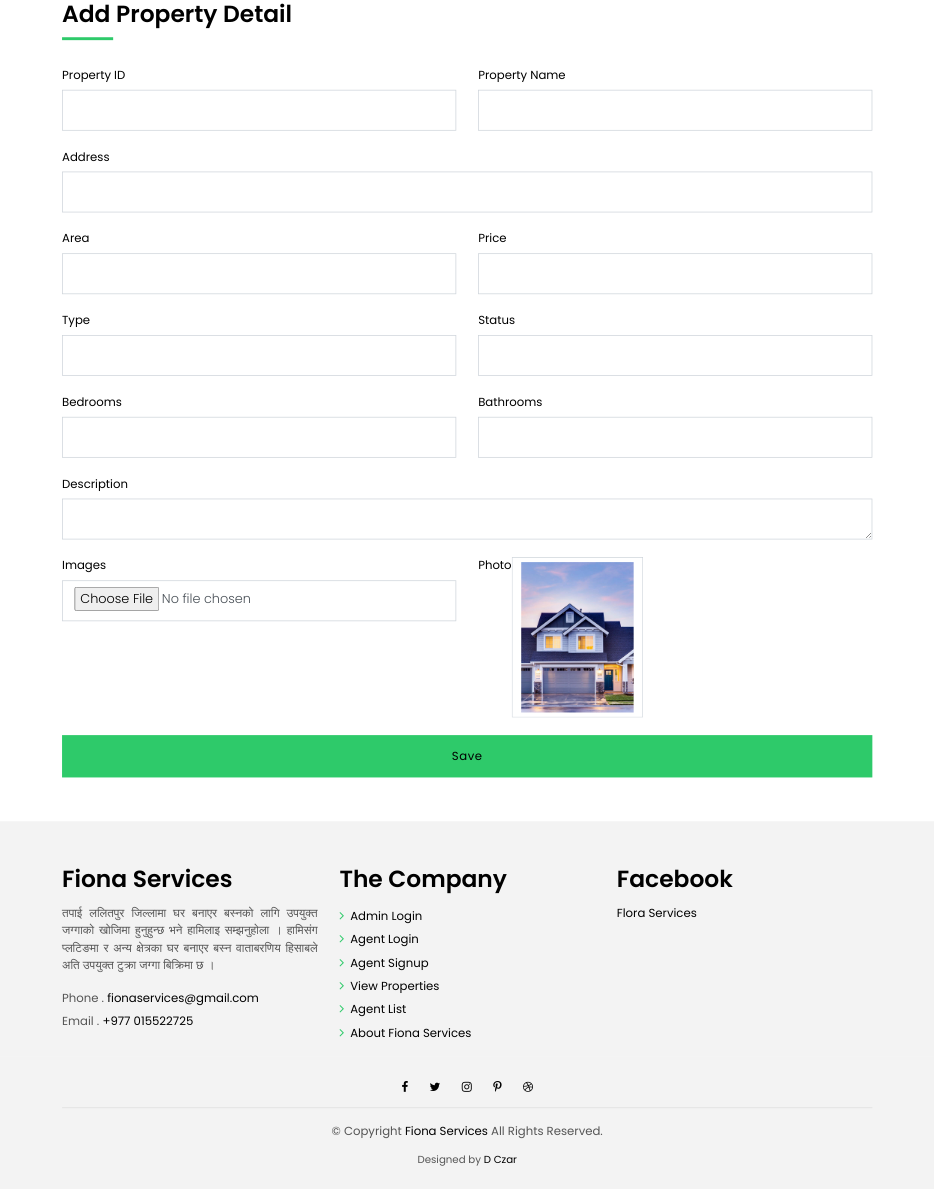
Repository: Sjuicyy/realstate
Page: Add-Property.html
An editor plug-in stored every save of this project. The page is shown before and after a run of saves, followed by the edit.
The browser window is 1280 px wide. The pictures show the whole page, at 73% of full size.

Above is the page before, as saved 2022-10-13 16:01:00.

### Add-Property.html
<!DOCTYPE html>
<html lang="en">

<head>
  <meta charset="utf-8">
  <title>Fiona Services</title>
  <meta content="width=device-width, initial-scale=1.0" name="viewport">
  <meta content="" name="keywords">
  <meta content="" name="description">

  <!-- Favicons -->
  <link href="img/favicon.png" rel="icon">
  <link href="img/apple-touch-icon.png" rel="apple-touch-icon">

  <!-- Google Fonts -->
  <link href="https://fonts.googleapis.com/css?family=Poppins:300,400,500,600,700" rel="stylesheet">

  <!-- Bootstrap CSS File -->
  <link href="lib/bootstrap/css/bootstrap.min.css" rel="stylesheet">

  <!-- Libraries CSS Files -->
  <link href="lib/font-awesome/css/font-awesome.min.css" rel="stylesheet">
  <link href="lib/animate/animate.min.css" rel="stylesheet">
  <link href="lib/ionicons/css/ionicons.min.css" rel="stylesheet">
  <link href="lib/owlcarousel/assets/owl.carousel.min.css" rel="stylesheet">

  <!-- Main Stylesheet File -->
  <link href="css/style.css" rel="stylesheet">

  <!-- =======================================================
    Theme Name: EstateAgency
    Theme URL: https://bootstrapmade.com/real-estate-agency-bootstrap-template/
    Author: BootstrapMade.com
    License: https://bootstrapmade.com/license/
  ======================================================= -->
</head>
<div id="fb-root"></div>
<script async defer crossorigin="anonymous" src="https://connect.facebook.net/en_US/sdk.js#xfbml=1&version=v14.0"
  nonce="0jwGYLXn"></script>

<body>
  <!-- / Form Search End /-->

  <!--/ Nav Star /-->
  <!-- <nav class="navbar navbar-default navbar-trans navbar-expand-lg fixed-top">
    <div class="container">
      <button class="navbar-toggler collapsed" type="button" data-toggle="collapse" data-target="#navbarDefault"
        aria-controls="navbarDefault" aria-expanded="false" aria-label="Toggle navigation">
      </button>
      <a class="navbar-brand text-brand" href="index.php">Fiona<span class="color-b"> Services</span></a>
      <button type="button" class="btn btn-link nav-search navbar-toggle-box-collapse d-md-none" data-toggle="collapse"
        data-target="#navbarTogglerDemo01" aria-expanded="false" title="Agent Space">

      </button>
      <div class="navbar-collapse collapse justify-content-center" id="navbarDefault">
        <ul class="navbar-nav">
          <li class="nav-item">
            <a class="nav-link active" href="index.php">Home</a>
          </li>
          <li class="nav-item">
            <a class="nav-link" href="about.php">About Us</a>
          </li>
          <li class="nav-item dropdown">
            <a class="nav-link dropdown-toggle" href="#" id="navbarDropdown" role="button" data-toggle="dropdown"
              aria-haspopup="true" aria-expanded="false">
              Property
            </a>
            <div class="dropdown-menu" aria-labelledby="navbarDropdown">
              <a class="dropdown-item" href="property-single.php">Property Single</a>
              <a class="dropdown-item" href="property-grid.php">Property List</a>
            </div>
          </li>
          <li class="nav-item">
            <a class="nav-link" href="Login.php">Login</a>
          </li>
          <li class="nav-item">
            <a class="nav-link" href="contact.php">Contact</a>
          </li>
        </ul>
      </div>
      <button type="button" class="btn btn-b-n navbar-toggle-box-collapse d-none d-md-block" data-toggle="collapse"
        data-target="#navbarTogglerDemo01" aria-expanded="false" title="Agent Space">
      </button>
    </div>
  </nav> -->
  <!--/ Nav End /-->











  <div class="container">
    <div class="title-box-d">
      <h3 class="title-d margin-auto">Add Property Detail</h3>
    </div>
    <div class=" form">
      <div id="modal2">
        <form class="form-a" action="agentsave.php" method="POST" enctype="multipart/form-data">
          <div class="row">





            <div class="col-md-6 mb-2">
              <div class="form-group">
                <label for="city">Property ID</label>
                <input type="number" class="form-control form-control-lg form-control-a" name="Phone">
              </div>
            </div>
            <div class="col-md-6 mb-2">
              <div class="form-group">
                <label for="bedrooms">Property Name</label>
                <input type="text" class="form-control form-control-lg form-control-a" name="Email">
              </div>
            </div>







            <div class="col-md-12 mb-2">
              <div class="form-group">
                <label for="Type">Address</label>
                <input type="text" class="form-control form-control-lg form-control-a" name="Name">
              </div>
            </div>
            <div class="col-md-6 mb-2">
              <div class="form-group">
                <label for="city">Area</label>
                <input type="number" class="form-control form-control-lg form-control-a" name="Phone">
              </div>
            </div>
            <div class="col-md-6 mb-2">
              <div class="form-group">
                <label for="city">Price</label>
                <input type="number" class="form-control form-control-lg form-control-a" name="Phone">
              </div>
            </div>

            <div class="col-md-6 mb-2">
              <div class="form-group">
                <label for="city">Type</label>
                <input type="text" class="form-control form-control-lg form-control-a" name="Phone">
              </div>
            </div>
            <div class="col-md-6 mb-2">
              <div class="form-group">
                <label for="bedrooms">Status</label>
                <input type="text" class="form-control form-control-lg form-control-a" name="Email">
              </div>
            </div>
            <div class="col-md-6 mb-2">
              <div class="form-group">
                <label for="bedrooms">Bedrooms</label>
                <input type="number" class="form-control form-control-lg form-control-a" name="Email">
              </div>
            </div>
            <div class="col-md-6 mb-2">
              <div class="form-group">
                <label for="city">Bathrooms</label>
                <input type="number" class="form-control form-control-lg form-control-a" name="Phone">
              </div>
            </div>









            <div class="col-md-12 mb-2">
              <div class="form-group">
                <label for="bathrooms">Description</label>
                <textarea class="form-control form-control-lg form-control-a" id="bathrooms" name="Detail">
              </textarea>
              </div>
            </div>





            <div class="col-md-6 mb-2">
              <div class="form-group">
                <label for="price">Images</label>
                <input type="file" class="form-control form-control-lg form-control-a" onchange="readURL(this);"
                  name="Photo">
              </div>
            </div>
            <div class="col-md-6 mb-2">
              <div class="form-group text-center">
                <label for="price" style="float: left">Photo</label>
                <img src="img/property-2.jpg" id="blah" class="form-control"
                  style="max-width:180px;width: 100%;height: auto;" />
              </div>
            </div>
            <div class="col-md-12">
              <button type="submit" name="submit" class="btn btn-b" style="width: 100%;">Save</button>
            </div>
          </div>
        </form>
      </div>

    </div>

  </div>
















  <!--/ footer Star /-->
  <section class="section-footer">
    <div class="container">
      <div class="row">
        <div class="col-sm-12 col-md-4">
          <div class="widget-a">
            <div class="w-header-a">
              <h3 class="w-title-a text-brand">Fiona Services</h3>
            </div>
            <div class="w-body-a">
              <p class="w-text-a color-text-a" align="justify">
                तपाई ललितपुर जिल्लामा घर बनाएर बस्नको लागि उपयुक्त जग्गाको खोजिमा हुनुहुन्छ भने हामिलाइ सम्झनुहोला ।
                हामिसंग प्लटिङमा र अन्य क्षेत्रका घर बनाएर बस्न वाताबरणिय हिसाबले अति उपयुक्त टुक्रा जग्गा बिक्रिमा छ
                ।
              </p>
            </div>
            <div class="w-footer-a">
              <ul class="list-unstyled">
                <li class="color-a">
                  <span class="color-text-a">Phone .</span> fionaservices@gmail.com
                </li>
                <li class="color-a">
                  <span class="color-text-a">Email .</span> +977 015522725
                </li>
              </ul>
            </div>
          </div>
        </div>
        <div class="col-sm-12 col-md-4 section-md-t3">
          <div class="widget-a">
            <div class="w-header-a">
              <h3 class="w-title-a text-brand">The Company</h3>
            </div>
            <div class="w-body-a">
              <div class="w-body-a">
                <ul class="list-unstyled">
                  <li class="item-list-a">
                    <i class="fa fa-angle-right"></i> <a href="#">Admin Login</a>
                  </li>
                  <li class="item-list-a">
                    <i class="fa fa-angle-right"></i> <a href="#">Agent Login</a>
                  </li>
                  <li class="item-list-a">
                    <i class="fa fa-angle-right"></i> <a href="#">Agent Signup</a>
                  </li>
                  <li class="item-list-a">
                    <i class="fa fa-angle-right"></i> <a href="#">View Properties</a>
                  </li>
                  <li class="item-list-a">
                    <i class="fa fa-angle-right"></i> <a href="#">Agent List</a>
                  </li>
                  <li class="item-list-a">
                    <i class="fa fa-angle-right"></i> <a href="#">About Fiona Services</a>
                  </li>
                </ul>
              </div>
            </div>
          </div>
        </div>
        <div class="col-sm-12 col-md-4 section-md-t3">
          <div class="widget-a">
            <div class="w-header-a">
              <h3 class="w-title-a text-brand">Facebook</h3>
            </div>
            <div class="w-body-a">
              <div class="fb-page" data-href="https://www.facebook.com/floraservices2070" data-tabs="timeline"
                data-width="" data-height="110" data-small-header="false" data-adapt-container-width="true"
                data-hide-cover="false" data-show-facepile="false">
                <blockquote cite="https://www.facebook.com/floraservices2070" class="fb-xfbml-parse-ignore"><a
                    href="https://www.facebook.com/floraservices2070">Flora Services</a></blockquote>
              </div>
            </div>
          </div>
        </div>
      </div>
    </div>
  </section>
  <footer>
    <div class="container">
      <div class="row">
        <div class="col-md-12">

          <div class="socials-a">
            <ul class="list-inline">
              <li class="list-inline-item">
                <a href="#">
                  <i class="fa fa-facebook" aria-hidden="true"></i>
                </a>
              </li>
              <li class="list-inline-item">
                <a href="#">
                  <i class="fa fa-twitter" aria-hidden="true"></i>
                </a>
              </li>
              <li class="list-inline-item">
                <a href="#">
                  <i class="fa fa-instagram" aria-hidden="true"></i>
                </a>
              </li>
              <li class="list-inline-item">
                <a href="#">
                  <i class="fa fa-pinterest-p" aria-hidden="true"></i>
                </a>
              </li>
              <li class="list-inline-item">
                <a href="#">
                  <i class="fa fa-dribbble" aria-hidden="true"></i>
                </a>
              </li>
            </ul>
          </div>
          <div class="copyright-footer">
            <p class="copyright color-text-a">
              &copy; Copyright
              <span class="color-a">Fiona Services</span> All Rights Reserved.
            </p>
          </div>
          <div class="credits">

            Designed by <a href="https://pritambajagain.com.np/">D Czar</a>
          </div>
        </div>
      </div>
    </div>
  </footer>
  <!--/ Footer End /-->

  <a href="#" class="back-to-top"><i class="fa fa-chevron-up"></i></a>
  <div id="preloader"></div>

  <!-- JavaScript Libraries -->
  <script>
    function readURL(input) {
      if (input.files && input.files[0]) {
        var reader = new FileReader();

        reader.onload = function (e) {
          $('#blah')
            .attr('src', e.target.result);
        };

        reader.readAsDataURL(input.files[0]);
      }
    }
  </script>
  <script src="lib/jquery/jquery.min.js"></script>
  <script src="lib/jquery/jquery-migrate.min.js"></script>
  <script src="lib/popper/popper.min.js"></script>
  <script src="lib/bootstrap/js/bootstrap.min.js"></script>
  <script src="lib/easing/easing.min.js"></script>
  <script src="lib/owlcarousel/owl.carousel.min.js"></script>
  <script src="lib/scrollreveal/scrollreveal.min.js"></script>
  <!-- Contact Form JavaScript File -->
  <script src="contactform/contactform.js"></script>

  <!-- Template Main Javascript File -->
  <script src="js/main.js"></script>

</body>

</html>

Loaded but not shown: lib/bootstrap/css/bootstrap.min.css (library); lib/font-awesome/css/font-awesome.min.css (library); lib/animate/animate.min.css (library); lib/ionicons/css/ionicons.min.css (library); lib/owlcarousel/assets/owl.carousel.min.css (library); lib/jquery/jquery.min.js (library); lib/jquery/jquery-migrate.min.js (library); lib/popper/popper.min.js (library); lib/bootstrap/js/bootstrap.min.js (library); lib/easing/easing.min.js (common file); lib/owlcarousel/owl.carousel.min.js (library); lib/scrollreveal/scrollreveal.min.js (library); js/main.js (150 lines, source omitted); contactform/contactform.js (118 lines, source omitted); css/style.css (2025 lines, source omitted)

After the next 4 saves:
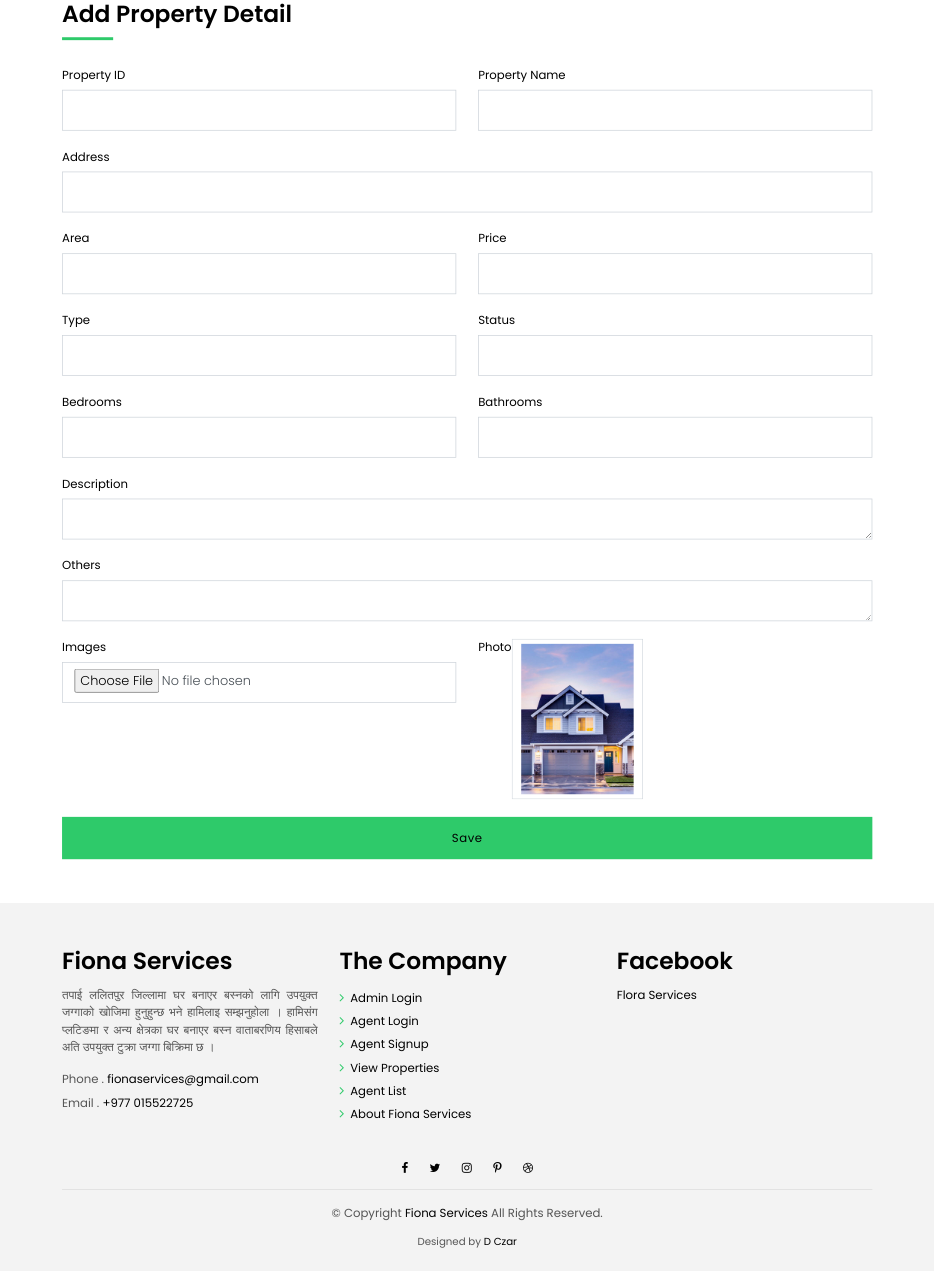
The 4 saves are shown as one change because they came seconds apart.
The last was saved 16 s later.
--- a/Add-Property.html
+++ b/Add-Property.html
@@ -182,6 +182,15 @@
             <div class="col-md-12 mb-2">
               <div class="form-group">
                 <label for="bathrooms">Description</label>
+                <textarea class="form-control form-control-lg form-control-a" id="bathrooms" name="Detail">
+              </textarea>
+              </div>
+            </div>
+
+
+            <div class="col-md-12 mb-2">
+              <div class="form-group">
+                <label for="bathrooms">Others</label>
                 <textarea class="form-control form-control-lg form-control-a" id="bathrooms" name="Detail">
               </textarea>
               </div>
